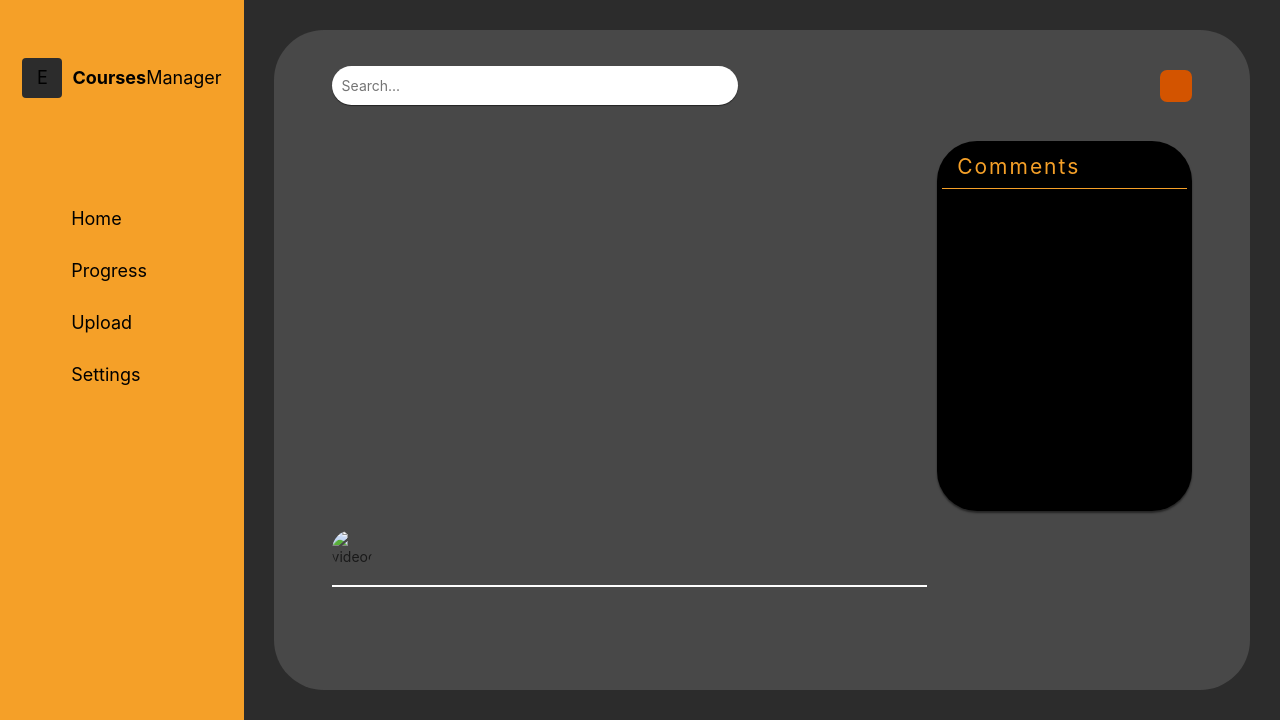
Repository: huynhnt1406/coursestorage
Page: /videodetail/1 (app in coursestorage/)
The author's editor kept a copy of each file at every save. The page is drawn from the files as they stood at one save, then again after the next save.
The browser window is 1280 px wide. The pictures show the whole page.
The page's requests for data from a server got no answer. The project was rebuilt for these pictures with package versions that can differ from the ones it lists, and the page was loaded fresh each time. No one was signed in, and anything a server would have sent is missing. Also part of the build but not shown: coursestorage/src/components/ListItems.vue, coursestorage/src/components/VideoList.vue, coursestorage/src/smallcomponents/Messages.vue, coursestorage/src/smallcomponents/Progress.vue, coursestorage/src/smallcomponents/Settings.vue.

Above is the page before, as saved 2021-05-02 16:54:09.

### coursestorage/src/main.js
import Vue from 'vue'
import App from './App.vue'
import 'ant-design-vue/dist/antd.css'
import Antd from 'ant-design-vue';
import router from './router/index';
import store from './stores/index'
Vue.config.productionTip = false
Vue.use(Antd);
new Vue({
  router,
  store,
  render: h => h(App),
}).$mount('#app')

### coursestorage/src/App.vue
<template>
  <div class="container">
    <div class="sidebar">
      <Sidebar/>
    </div>
    <div class="main">
      <SearchBar/>
      <router-view/>
    </div>
  </div>
</template>

<script>
import Sidebar from './components/Sidebar'
import SearchBar from './components/SearchBar'
export default {
  components:{
    Sidebar,
    SearchBar,
  }
}
</script>

<style>
*{
  margin:0
}
.container{
  background-color:#2C2C2C;
  min-height: 100vh;
  display: flex;
}
.main{
  flex:0.8;
  background-color:#484848;
  margin:30px;
  border-radius: 50px;
}
</style>

### coursestorage/src/router/index.js
import Vue from 'vue'
import VueRouter from 'vue-router'
import VideoList from '../components/VideoList'
import Messages from '../smallcomponents/Messages'
import Progress from '../smallcomponents/Progress'
import Settings from '../smallcomponents/Settings'
import VideoDetail from '../smallcomponents/VideoDetail'
Vue.use(VueRouter)
const routes = [
    {
        path:'/',
        name:'VideoList',
        component:VideoList
    },
    {
        path:'/progress',
        name:'Progress',
        component:Progress
    },
    {
        path:'/messages',
        name:'Messages',
        component:Messages
    },
    {
        path:'/settings',
        name:'Settings',
        component:Settings
    },
    {
        path:'/videodetail/:id',
        name:'VideoDetail',
        component:VideoDetail,
        props:true
    }
]
export default new VueRouter({
    routes,
    mode:'history'
})

### coursestorage/src/stores/index.js
import Vue from 'vue'
import Vuex from 'vuex'
import videolists from './modules/videolists'
Vue.use(Vuex)

export default new Vuex.Store({
    modules:{
        videolists
    }
})

### coursestorage/src/components/Sidebar.vue
<template>
  <div class="sidebar">
      <div class="sidebar-header">
          <a-avatar shape="square" size="large" style="backgroundColor:#2C2C2C ; marginRight:10px">E</a-avatar>
          <span><strong>Courses</strong>Manager</span>
      </div>
      <div class="sidebar-links">
          <div class="link">
              <a-icon style="color:#484848 " type="appstore"/>
              <router-link class="sidebar-link" to="/"><span>Home</span></router-link>
          </div>
           <div class="link">
               <a-icon style="color:#484848 " type="bar-chart" />
               <router-link class="sidebar-link" to="/progress"><span>Progress</span></router-link>
          </div>
           <div class="link">
                <a-icon style="color:#484848 " type="upload" />
                <router-link class="sidebar-link" to="/messages">

                <span title="upload course of you">Upload</span></router-link>
          </div>
           <div class="link">
                <a-icon style="color:#484848 ; opacity:0.7" type="setting" />
                <router-link class="sidebar-link" to="/settings"><span>Settings</span></router-link>
          </div>
      </div>
  </div>
</template>

<script>
export default {

}
</script>

<style>
.sidebar{
    flex:0.2;
    background-color:#F5A028;
    display: flex;
    flex-direction: column;
}
.sidebar-header{
    display: flex;
    align-items: center;
    justify-content: center;
    padding-top:8vh;
    padding-left:2vh;
    padding-right:2vh;
    padding-bottom:5vh;
}
.sidebar-header span{
    color:BLACK;
    font-size: large;
}
.sidebar-links{
    padding:8.5vh;
}
.link{
    display: flex;
    margin-bottom:5px;
    align-items: center;
    padding:10px 0 10px 0;
    color:BLACK;
}
.sidebar-link{
    color:BLACK;
    font-size: 18px;
}
.sidebar-link:focus{
    color:#d35400;
}
.link span{
    margin-left:10px;
}
.link:hover{
    color:#d35400;
    cursor: pointer;
}
</style>

### coursestorage/src/components/SearchBar.vue
<template>
  <div class="searchbar">
    <div class="search-tool">
        <a-icon type="search"  />
        <input type="text" placeholder="Search..." >
    </div>
    <div class="icons">
        <a-avatar shape="square" icon="user" type="user" style="color:black ;backgroundColor:transparent; border-radius:7px "  />
        <a-avatar shape="square" style="backgroundColor:#d35400 ;border-radius:7px " icon="fire" />
    </div>
  </div>
</template>

<script>
export default {

}
</script>

<style>
.searchbar{
    padding:5vh 8vh 5vh 8vh;
    display: flex;
    justify-content: space-between;
    align-items: center;
    flex:1;
}
.search-tool {
    background-color: white;
    box-shadow: 0 1px 1px rgba(0,0,0,.5);
    padding:8px;
    flex:0.5;
    border-radius: 20px;
}
.search-tool input{
    width: 50%;
    background-color: transparent;
    border:none;
    outline:none;
}
</style>

### coursestorage/src/smallcomponents/VideoDetail.vue
<template>
    <div class="video-detail">
        <div class="video-actions">
            <div class="video-left">
                <iframe height="370px" width="100%" :src="videodata.videoLink" frameborder="0"></iframe>
                <div class="video-stats">
                    <div class="stats-left">
                        <img :src="videodata.avatarUrl" alt="videodata.name">
                        <span>{{videodata.channelName}}</span>
                    </div>
                    <div class="stats-rights">
                        <div class="button">
                            <a-icon style="margin-right:5px ; color:white; font-weight:bold" type="like" />
                            <span>{{videodata.numLike}}</span>
                        </div>
                        <div class="button">
                            <a-icon style="margin-right:5px ; color:white; font-weight:bold" type="dislike" />
                            <span>{{videodata.numDislike}}</span>
                        </div>
                        <div style="margin-right:5px ; color:white; font-weight:bold" class="button">
                            <a-icon type="share-alt" />
                        </div>
                    </div>
                </div>
            </div>
            <div class="video-right">
                <h2>Comments</h2>
            </div>
        </div>
        <div class="video-subtitle">
            <h3>{{videodata.name}}</h3>
        </div>
    </div>
</template>

<script>
import axios from 'axios'
export default {
    props:{
        id:Number
    },
    data(){
        return{
            videodata:{
                id:'',
                name:'',
                numLike:'',
                numDislike:'',
                avatarUrl:'',
                videoLink:'',
                channelName:''
            }
        }
    },
    created(){
        axios.get(`http://localhost:3000/videolists/${this.id}`)
            .then(res => this.videodata = res.data)
    }
}
</script>

<style>
.video-actions{
    display: flex;
}
.video-left{
    flex:0.7;
}
.video-detail{
    margin-left: 8vh;
    margin-right: 8vh;
}
.stats-left img{
    height: 40px;
    width: 40px;
    border-radius: 50%;
}
.stats-left{
    display: flex;
    align-items: center;
}
.stats-rights{
    display: flex;
    align-items: center;
}
.video-stats{
    display: flex;
    justify-content: space-between;
    align-items: center;
    padding-top:2vh;
    padding-bottom: 2vh;
    border-bottom: 2px solid white;
}
.button{
    margin-left:3vh;
}
.video-left iframe {
    border-radius: 40px;
}
.stats-left span{
    font-weight: 700;
    color:white;
    font-size: 16px;
    margin-left:10px;
}
.button span{
    font-weight: 500;
    color:white;
    font-size: 15px;

}
.video-subtitle h3{
    margin-top: 2vh;
    color:white;
}
.video-right{
    height: 370px;
    flex:0.3;
    margin-left:10px;
    border-radius: 40px;
    box-shadow: 0 2px 2px rgba(0,0,0,.5);
    background-color: black;
}
.video-right h2{
    padding:5px 15px 5px 15px;
    border-bottom: 1px solid #F5A028;
    margin:5px;
    color:#F5A028;
    font-weight: 400;
    letter-spacing: 2px;
}
</style>

### coursestorage/src/stores/modules/videolists.js
const state = {
    videolists:[
        {
            id:1,
            name:"Laravel 8 REST API With Sanctum Authentication",
            minutes:'54:14',
            avatarUrl:'https://yt3.ggpht.com/ytc/AAUvwng963DN2_MIbKuvMWRrN4KG920h3Y4YHg6KET9vZg=s176-c-k-c0x00ffffff-no-rj',
            thumnailUrl:'https://i.ytimg.com/vi/MT-GJQIY3EU/maxresdefault.jpg',
            channelName:'Traversy Media',
        },
        {
            id:2,
            name:"Node.js and Express.js - Full Course",
            minutes:'8:16:47',
            avatarUrl:'https://yt3.ggpht.com/ytc/AAUvwnifaQZvAunS0OFb2y_cieoVjLCVjqQW8Exf3BC1gg=s176-c-k-c0x00ffffff-no-rj',
            thumnailUrl:'https://i.ytimg.com/vi/Oe421EPjeBE/maxresdefault.jpg',
            channelName:'freeCodeCamp.org',
        },
        {
            id:3,
            name:"React JS - React Tutorial for Beginners",
            minutes:'2:25:26',
            avatarUrl:'https://yt3.ggpht.com/ytc/AAUvwnj82Lirw0dg6V5pJWAcWdG22OESyldUcDwAFEqQWg=s176-c-k-c0x00ffffff-no-rj',
            thumnailUrl:'https://i.ytimg.com/vi/Ke90Tje7VS0/maxresdefault.jpg',
            channelName:'Programming with Mosh',
        },
        {
            id:4,
            name:"Vuex Crash Course | State Management",
            minutes:'1:01:18',
            avatarUrl:'https://yt3.ggpht.com/ytc/AAUvwng963DN2_MIbKuvMWRrN4KG920h3Y4YHg6KET9vZg=s176-c-k-c0x00ffffff-no-rj',
            thumnailUrl:'https://i.ytimg.com/vi/5lVQgZzLMHc/maxresdefault.jpg',
            channelName:'Travesy Media',
        }
    ]
}
const getters = {
    allVideos: (state) => state.videolists
}
const actions = {}
const mutations = {}
export default {
    state, getters,actions,mutations
}

Loaded but not shown: coursestorage/public/index.html (common file)

After the next save:
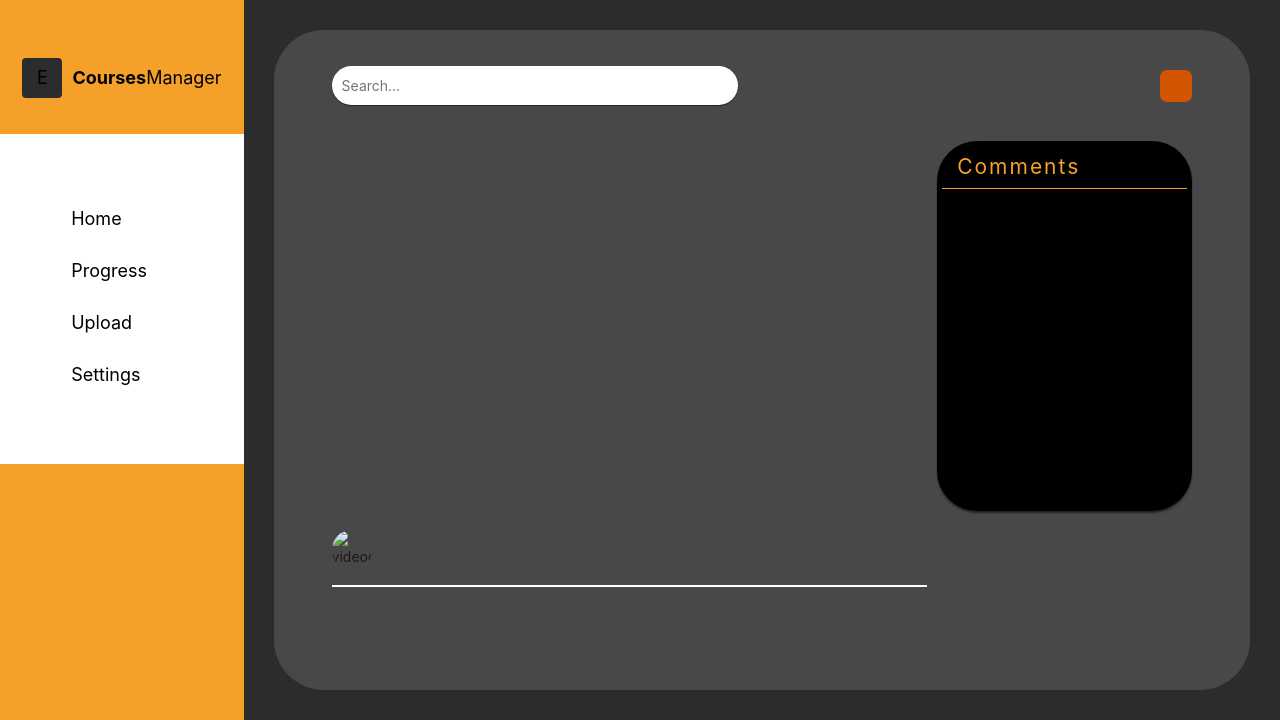
Saved 11 s later.
--- a/coursestorage/src/components/Sidebar.vue
+++ b/coursestorage/src/components/Sidebar.vue
@@ -55,6 +55,8 @@ export default {
 }
 .sidebar-links{
     padding:8.5vh;
+    flex:1;
+    background-color: white;
 }
 .link{
     display: flex;
